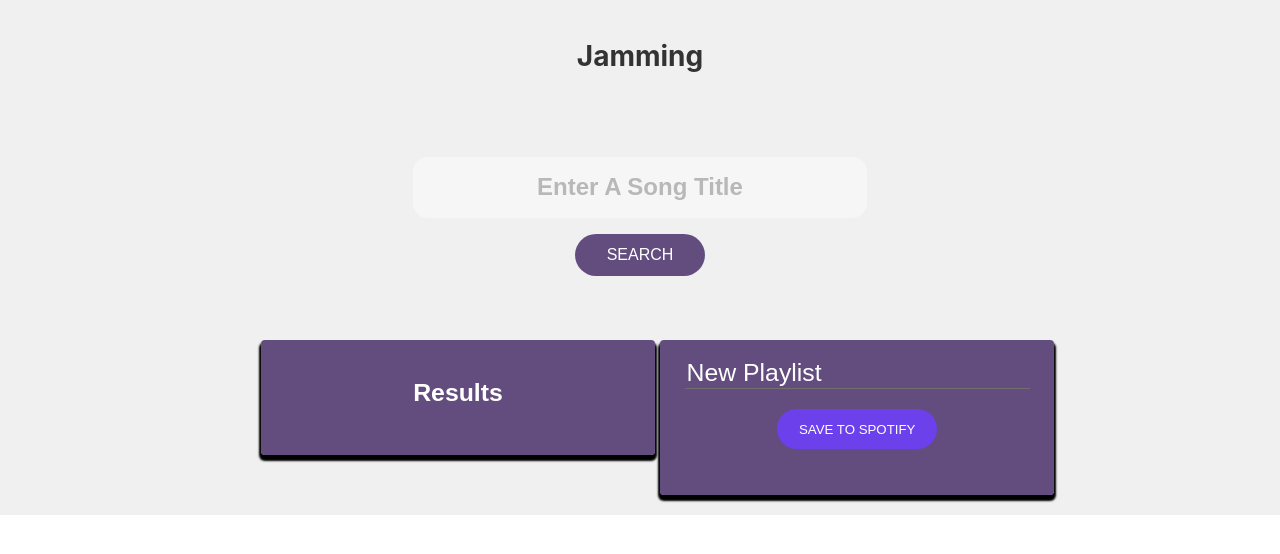
Repository: LolaSL/jamming
Page: /
These files come from the project's save history. The page is drawn as it stood at one moment and after the next save; the edit follows.
The browser window is 1280 px wide. The pictures show the whole page.
The project was rebuilt for these pictures with package versions that can differ from the ones it lists, and the page was loaded fresh each time. Also part of the build but not shown: src/components/Track/Track.css, src/components/Track/Track.jsx.

Above is the page before, as saved 2023-06-23 17:56:19.

After the next save:
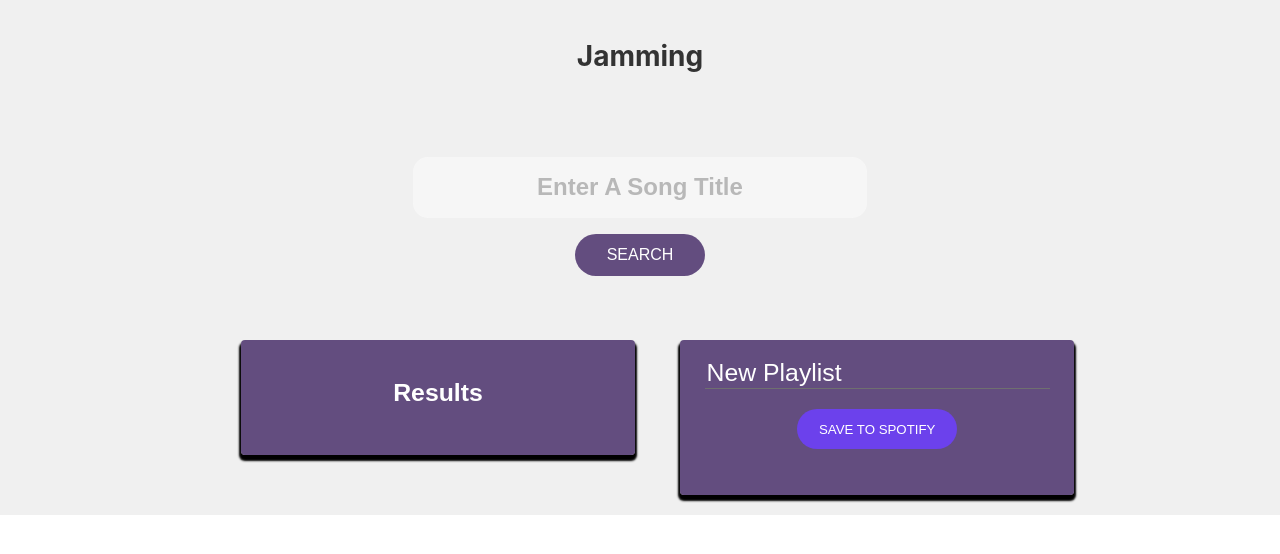
Saved 4 s later.
--- a/src/App/App.css
+++ b/src/App/App.css
@@ -33,7 +33,7 @@ h1 {
 .App-playlist {
   display: grid;
   grid-template-columns: 1fr 1fr;
-  grid-gap: 40px;
+  grid-gap:80px;
 }
 
 /* CSS for SearchResults and Playlist components */
